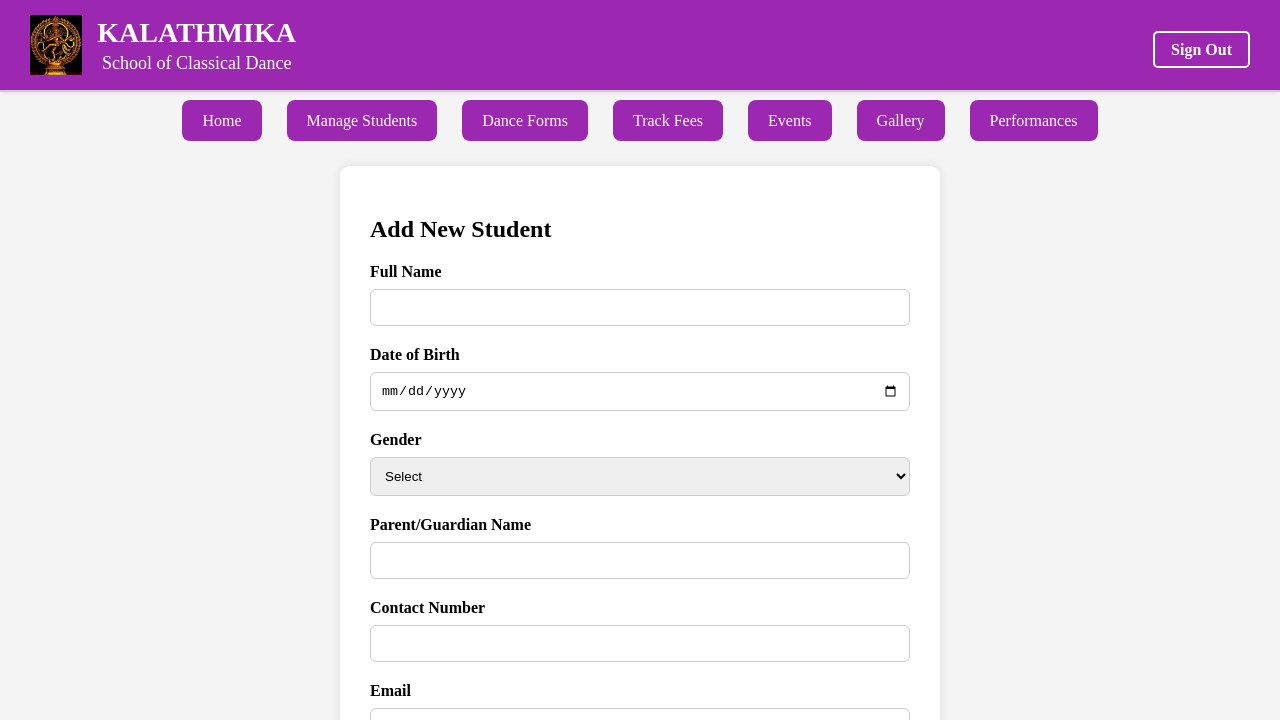
Repository: ammubancilal/LUMINAR-JDK17-STS4-SPRINGBOOT-KALATHMIKA-DANCESCHOOL
Page: http://localhost/springboot-jsp-kalathmika/WEB-INF/jsp/addNewStudent.jsp
These files come from the project's save history. The page is drawn as it stood at one moment and after the next save; the edit follows.
The browser window is 1280 px wide. The pictures show the whole page.
An inner scrolling area shows only its first screen. The page is served by Tomcat 9. Nobody is signed in. The template is opened directly, without the code that normally fills it, so the values that code supplies are empty.

Above is the page before, as saved 2025-04-26 05:34:23.

After the next save:
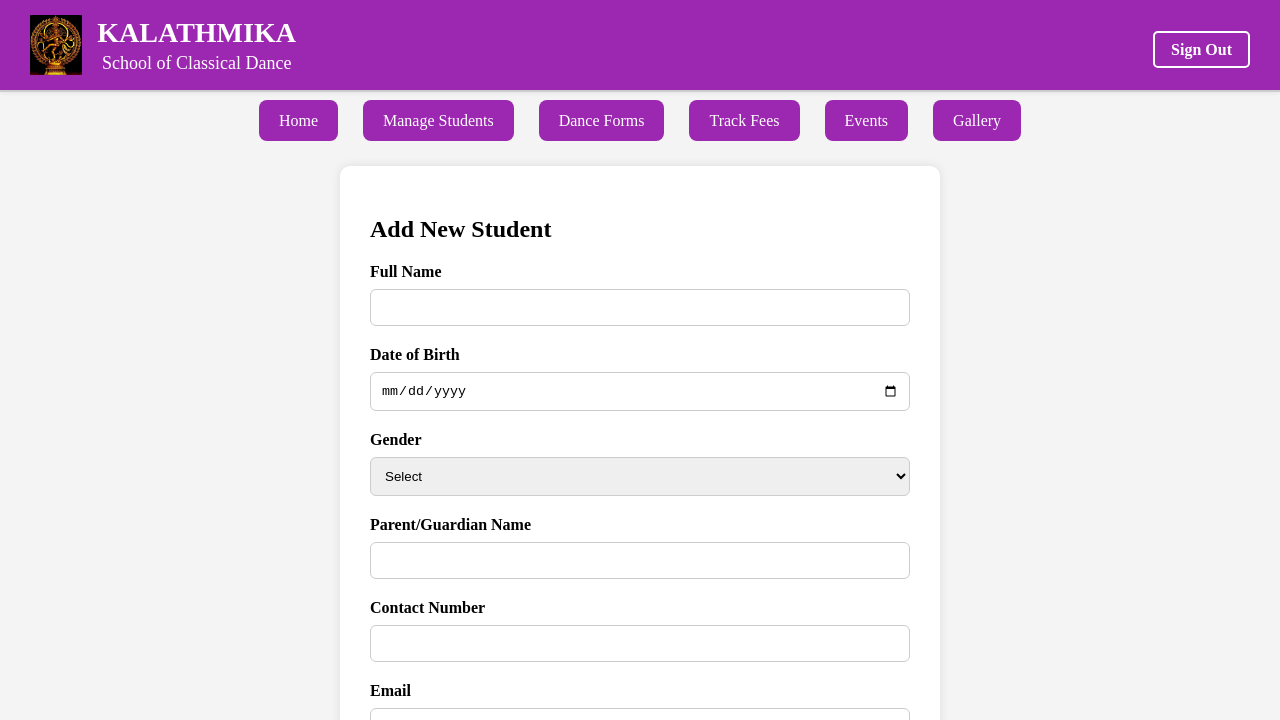
Saved 18 s later.
--- a/springboot-jsp-kalathmika/src/main/webapp/WEB-INF/jsp/addNewStudent.jsp
+++ b/springboot-jsp-kalathmika/src/main/webapp/WEB-INF/jsp/addNewStudent.jsp
@@ -80,7 +80,7 @@
         <li><a href="/admin/trackFees">Track Fees</a></li>
         <li><a href="/admin/Events">Events</a></li>
         <li><a href="/admin/Gallery">Gallery</a></li>
-        <li><a href="/admin/Performances">Performances</a></li>
+
     </ul>
 </nav>
 <br><br>
